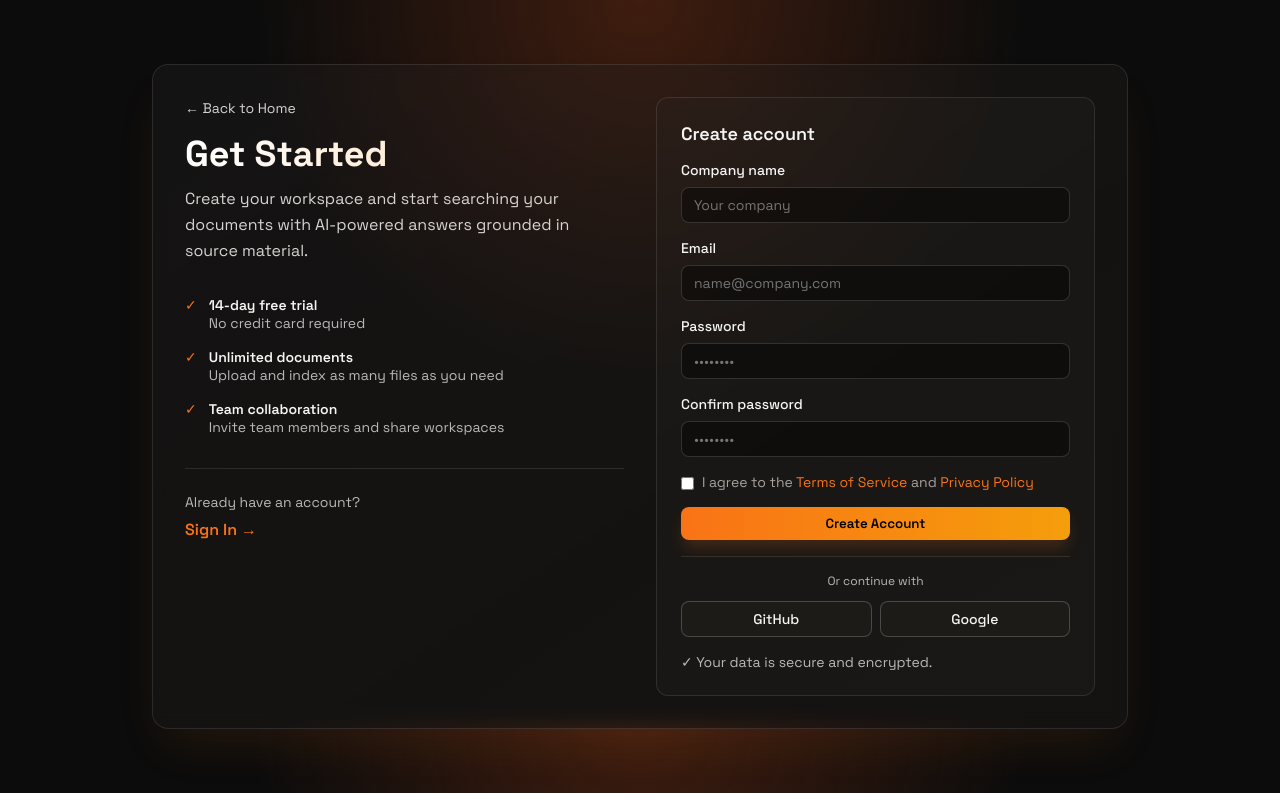
Repository: 4hmedshanu/RAG_Project_collage
Page: http://localhost/signup
The author's editor kept a copy of each file at every save. The page is drawn from the files as they stood at one save, then again after the next save.
The browser window is 1280 px wide. The pictures show the whole page.
Backgrounds fixed to the window are drawn as part of the page. The page is this project's Thymeleaf template; nobody is signed in. The template is opened directly, without the code that normally fills it, so the values that code supplies are empty.

Above is the page before, as saved 2026-05-31 09:34:09.

### frontenddoc/src/main/resources/templates/signup.html
<!DOCTYPE html>
<html lang="en">
<head>
  <meta charset="UTF-8" />
  <meta name="viewport" content="width=device-width, initial-scale=1.0" />
  <title>DocuMindAI | Sign Up</title>
  <link rel="preconnect" href="https://fonts.googleapis.com">
  <link rel="preconnect" href="https://fonts.gstatic.com" crossorigin>
  <link href="https://fonts.googleapis.com/css2?family=Space+Grotesk:wght@400;500;600;700&display=swap" rel="stylesheet">
  <link rel="stylesheet" href="css/signup.css" />
  <script src="js/signup.js" defer></script>
</head>
<body>
  <main class="main-container">
    <section class="signup-card">
      <div class="signup-info">
        <a href="landingpage.html" class="link-back">← Back to Home</a>
        <h1 class="gradient-heading">Get Started</h1>
        <p class="description">Create your workspace and start searching your documents with AI-powered answers grounded in source material.</p>

        <div class="features-list">
          <div class="feature-item">
            <span class="check-icon">✓</span>
            <div>
              <p class="feature-title">14-day free trial</p>
              <p class="feature-desc">No credit card required</p>
            </div>
          </div>
          <div class="feature-item">
            <span class="check-icon">✓</span>
            <div>
              <p class="feature-title">Unlimited documents</p>
              <p class="feature-desc">Upload and index as many files as you need</p>
            </div>
          </div>
          <div class="feature-item">
            <span class="check-icon">✓</span>
            <div>
              <p class="feature-title">Team collaboration</p>
              <p class="feature-desc">Invite team members and share workspaces</p>
            </div>
          </div>
        </div>

        <div class="login-prompt">
          <p class="login-text">Already have an account?</p>
          <a href="loginpage.html" class="link-brand">Sign In →</a>
        </div>
      </div>

      <form onsubmit="signupDemo(event)" class="signup-form">
        <h2 class="form-title">Create account</h2>

        <label for="company" class="form-label mt-4">Company name</label>
        <input id="company" type="text" class="form-input" placeholder="Your company" />

        <label for="email" class="form-label">Email</label>
        <input id="email" type="email" class="form-input" placeholder="name@company.com" />

        <label for="password" class="form-label">Password</label>
        <input id="password" type="password" class="form-input" placeholder="••••••••" />

        <label for="confirm" class="form-label">Confirm password</label>
        <input id="confirm" type="password" class="form-input" placeholder="••••••••" />

        <div class="terms-group">
          <input id="terms" type="checkbox" class="checkbox-input" />
          <label for="terms" class="terms-label">
            I agree to the <a href="policies.html" class="link-inline">Terms of Service</a> and <a href="policies.html" class="link-inline">Privacy Policy</a>
          </label>
        </div>

        <button type="submit" class="btn-primary">Create Account</button>

        <div class="sso-section">
          <p class="sso-text">Or continue with</p>
          <div class="sso-buttons">
            <button type="button" class="btn-sso">GitHub</button>
            <button type="button" class="btn-sso">Google</button>
          </div>
        </div>

        <p id="note" class="note-text">✓ Your data is secure and encrypted.</p>
      </form>
    </section>
  </main>
</body>
</html>

### frontenddoc/src/main/resources/static/css/signup.css
:root {
  --brand: #f97316;
  --brand-light: #fb923c;
  --bg-dark: #0c0c0c;
  --stone-100: #f5f5f4;
  --stone-300: #d6d3d1;
  --stone-400: #a8a29e;
  --white-10: rgba(255, 255, 255, 0.1);
  --white-15: rgba(255, 255, 255, 0.15);
  --white-20: rgba(255, 255, 255, 0.2);
  --white-70: rgba(255, 255, 255, 0.7);
}

* {
  box-sizing: border-box;
  margin: 0;
  padding: 0;
}

html, body {
  height: 100%;
}

body {
  font-family: 'Space Grotesk', sans-serif;
  color: var(--stone-100);
  background: radial-gradient(circle at top, #3f1d0f, transparent 40%), var(--bg-dark);
  background-attachment: fixed;
}

.main-container {
  margin: 0 auto;
  display: flex;
  min-height: 100%;
  max-width: 64rem; /* 1024px */
  align-items: center;
  padding: 4rem 1.5rem;
}

.signup-card {
  width: 100%;
  display: grid;
  gap: 2rem;
  border-radius: 1rem;
  border: 1px solid var(--white-10);
  background: linear-gradient(to bottom right, rgba(41, 37, 36, 0.3), rgba(28, 25, 23, 0.5));
  padding: 2rem;
  box-shadow: 0 25px 50px -12px rgba(249, 115, 22, 0.1);
  backdrop-filter: blur(8px);
}

@media (min-width: 768px) {
  .signup-card {
    grid-template-columns: repeat(2, 1fr);
  }
}

.link-back {
  font-size: 0.875rem;
  color: var(--stone-300);
  text-decoration: none;
  transition: color 0.2s;
}

.link-back:hover {
  color: var(--brand);
}

.gradient-heading {
  margin-top: 1rem;
  font-size: 2.25rem;
  line-height: 2.5rem;
  font-weight: 700;
  background: linear-gradient(to right, #ffffff, #fed7aa);
  -webkit-background-clip: text;
  -webkit-text-fill-color: transparent;
}

.description {
  margin-top: 0.75rem;
  line-height: 1.625;
  color: var(--stone-300);
}

.features-list {
  margin-top: 2rem;
  display: flex;
  flex-direction: column;
  gap: 1rem;
  font-size: 0.875rem;
}

.feature-item {
  display: flex;
  align-items: flex-start;
  gap: 0.75rem;
}

.check-icon {
  color: var(--brand);
}

.feature-title {
  font-weight: 600;
}

.feature-desc {
  color: var(--white-70);
}

.login-prompt {
  margin-top: 2rem;
  border-top: 1px solid var(--white-10);
  padding-top: 1.5rem;
}

.login-text {
  font-size: 0.875rem;
  color: var(--white-70);
}

.link-brand {
  margin-top: 0.5rem;
  display: inline-block;
  font-weight: 600;
  color: var(--brand);
  text-decoration: none;
  transition: color 0.2s;
}

.link-brand:hover {
  color: var(--brand-light);
}

.signup-form {
  border-radius: 0.75rem;
  border: 1px solid var(--white-10);
  background: rgba(41, 37, 36, 0.3);
  padding: 1.5rem;
}

.form-title {
  font-size: 1.125rem;
  font-weight: 600;
}

.form-label {
  display: block;
  font-size: 0.875rem;
  font-weight: 500;
  margin-bottom: 0.5rem;
}

.mt-4 { margin-top: 1rem; }
.mb-4 { margin-bottom: 1rem; }

.form-input {
  width: 100%;
  border-radius: 0.5rem;
  border: 1px solid var(--white-15);
  background: rgba(0, 0, 0, 0.4);
  padding: 0.5rem 0.75rem;
  font-size: 0.875rem;
  color: inherit;
  outline: none;
  margin-bottom: 1rem;
  transition: border-color 0.2s, box-shadow 0.2s;
  font-family: inherit;
}

.form-input:focus {
  border-color: var(--brand);
  box-shadow: 0 10px 15px -3px rgba(249, 115, 22, 0.1);
}

.terms-group {
  display: flex;
  align-items: flex-start;
  gap: 0.5rem;
  margin-bottom: 1rem;
}

.checkbox-input {
  margin-top: 0.25rem;
  border-radius: 0.25rem;
  border: 1px solid var(--white-15);
}

.terms-label {
  font-size: 0.875rem;
  color: var(--stone-400);
}

.link-inline {
  color: var(--brand);
  text-decoration: none;
  transition: color 0.2s;
}

.link-inline:hover {
  color: var(--brand-light);
}

.btn-primary {
  width: 100%;
  border-radius: 0.5rem;
  background: linear-gradient(to right, var(--brand), #f59e0b);
  padding: 0.5rem 1rem;
  font-weight: 600;
  color: #000;
  border: none;
  cursor: pointer;
  box-shadow: 0 10px 15px -3px rgba(249, 115, 22, 0.2);
  transition: box-shadow 0.2s;
  font-family: inherit;
}

.btn-primary:hover {
  box-shadow: 0 20px 25px -5px rgba(249, 115, 22, 0.3);
}

.sso-section {
  margin-top: 1rem;
  border-top: 1px solid var(--white-10);
  padding-top: 1rem;
  text-align: center;
}

.sso-text {
  font-size: 0.75rem;
  color: var(--white-70);
}

.sso-buttons {
  margin-top: 0.75rem;
  display: grid;
  grid-template-columns: repeat(2, 1fr);
  gap: 0.5rem;
}

.btn-sso {
  border-radius: 0.5rem;
  border: 1px solid var(--white-20);
  background: rgba(41, 37, 36, 0.3);
  padding: 0.5rem 0.75rem;
  font-size: 0.875rem;
  font-weight: 500;
  color: inherit;
  cursor: pointer;
  transition: border-color 0.2s, background-color 0.2s;
  font-family: inherit;
}

.btn-sso:hover {
  border-color: var(--brand);
  background: rgba(249, 115, 22, 0.05);
}


.hidden{
    display:none;
}

.step-content.active{
    display:block;
}

.step-content{
    display:none;
}

.steps{
    display:flex;
    justify-content:center;
    gap:15px;
    margin-bottom:20px;
}

.step-indicator{
    width:35px;
    height:35px;
    border-radius:50%;
    background:#333;
    display:flex;
    align-items:center;
    justify-content:center;
}

.step-indicator.active{
    background:var(--brand);
    color:#000;
}

.note-text {
  margin-top: 1rem;
  font-size: 0.875rem;
  color: var(--white-70);
}


.otp-inputs{
    display:flex;
    justify-content:center;
    gap:10px;
    margin:20px 0;
}

.otp-box{
    width:55px;
    height:55px;
    text-align:center;
    font-size:24px;
    border-radius:10px;
    border:1px solid var(--white-20);
    background:rgba(0,0,0,.4);
    color:white;
}

.otp-buttons{
    display:flex;
    gap:10px;
}

/* JavaScript Dynamic Classes */
.text-error { color: #f87171; }
.text-success { color: #34d399; }

### frontenddoc/src/main/resources/static/js/signup.js
function signupDemo(event) {
  event.preventDefault();

  const company = document.getElementById('company').value.trim();
  const email = document.getElementById('email').value.trim();
  const password = document.getElementById('password').value.trim();
  const confirm = document.getElementById('confirm').value.trim();
  const note = document.getElementById('note');

  // Reset classes to base state
  note.className = 'note-text';

  if (!company || !email || !password || !confirm) {
    note.textContent = 'Please fill in all fields.';
    note.classList.add('text-error');
    return;
  }

  if (password !== confirm) {
    note.textContent = 'Passwords do not match.';
    note.classList.add('text-error');
    return;
  }

  if (password.length < 8) {
    note.textContent = 'Password must be at least 8 characters.';
    note.classList.add('text-error');
    return;
  }

  note.textContent = 'Account created! Redirecting to dashboard...';
  note.classList.add('text-success');

  setTimeout(() => {
    window.location.href = 'dashboard.html';
  }, 800);
}

After the next save:
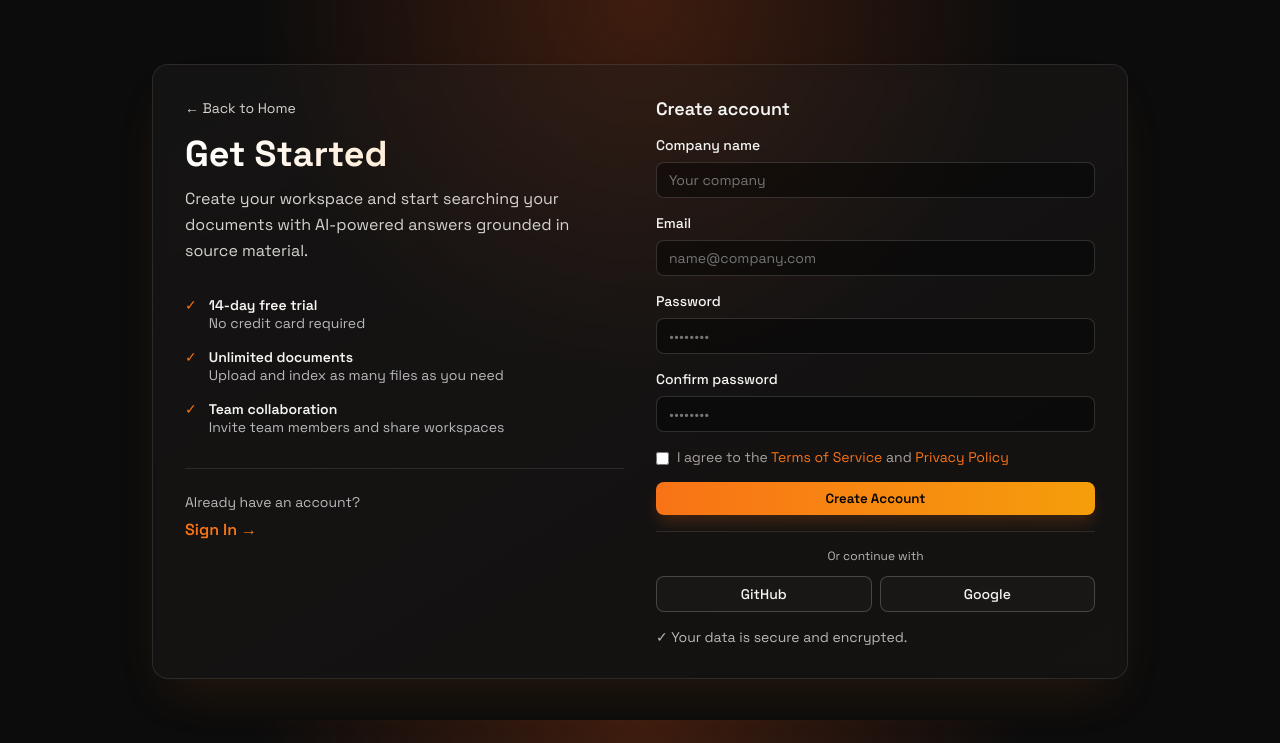
Saved 29 s later.
--- a/frontenddoc/src/main/resources/templates/signup.html
+++ b/frontenddoc/src/main/resources/templates/signup.html
@@ -48,7 +48,8 @@
         </div>
       </div>
 
-      <form onsubmit="signupDemo(event)" class="signup-form">
+      <!-- <form onsubmit="signupDemo(event)" class="signup-form"> -->
+     <form action="/submit" method="">
         <h2 class="form-title">Create account</h2>
 
         <label for="company" class="form-label mt-4">Company name</label>
